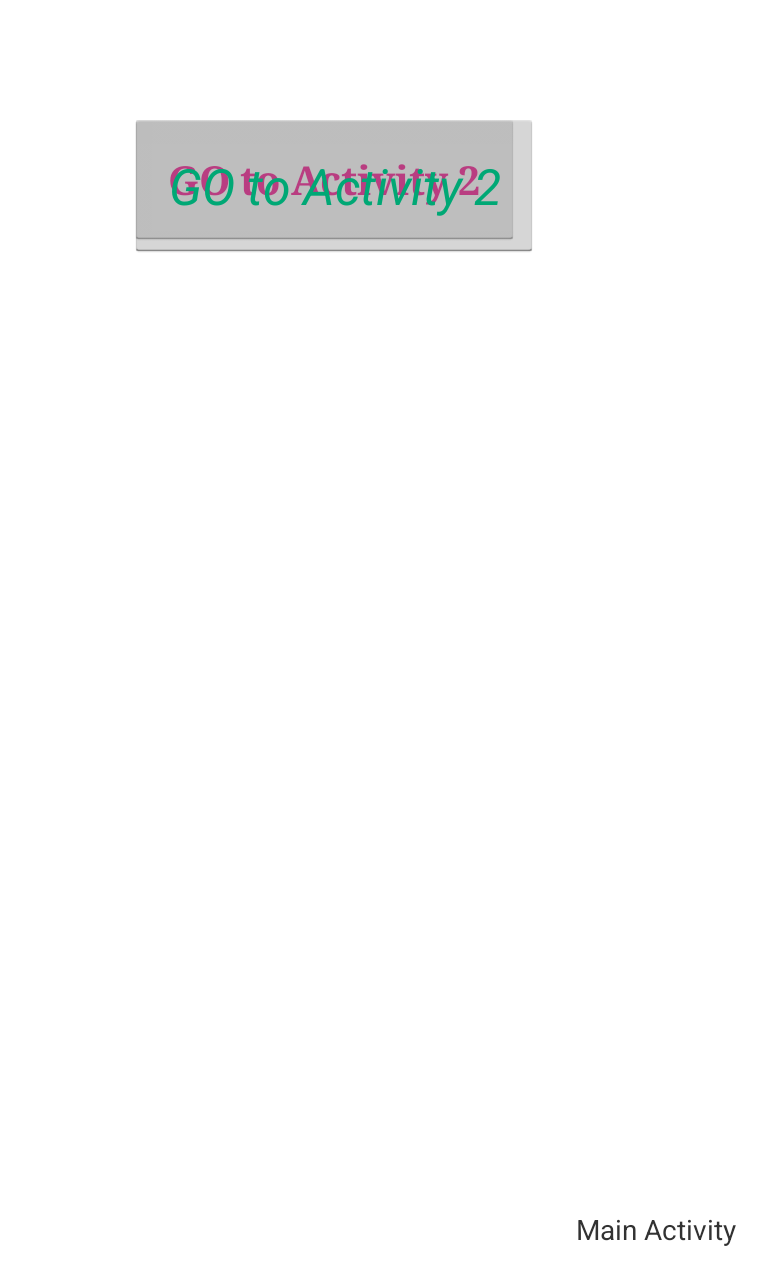
Repository: EnjoyWorkTrue/Spring2014
Layout: CMP464/Assignment3/res/layout/activity_main.xml
These files come from the project's save history. The layout is drawn as it stood at one moment and after the next save; the edit follows.
It is drawn on a 768 x 1280 px phone screen (xhdpi) without system bars, with theme AppTheme; the app's code is not run.

Above is the layout before, as saved 2014-02-25 21:23:46.

After the next save:
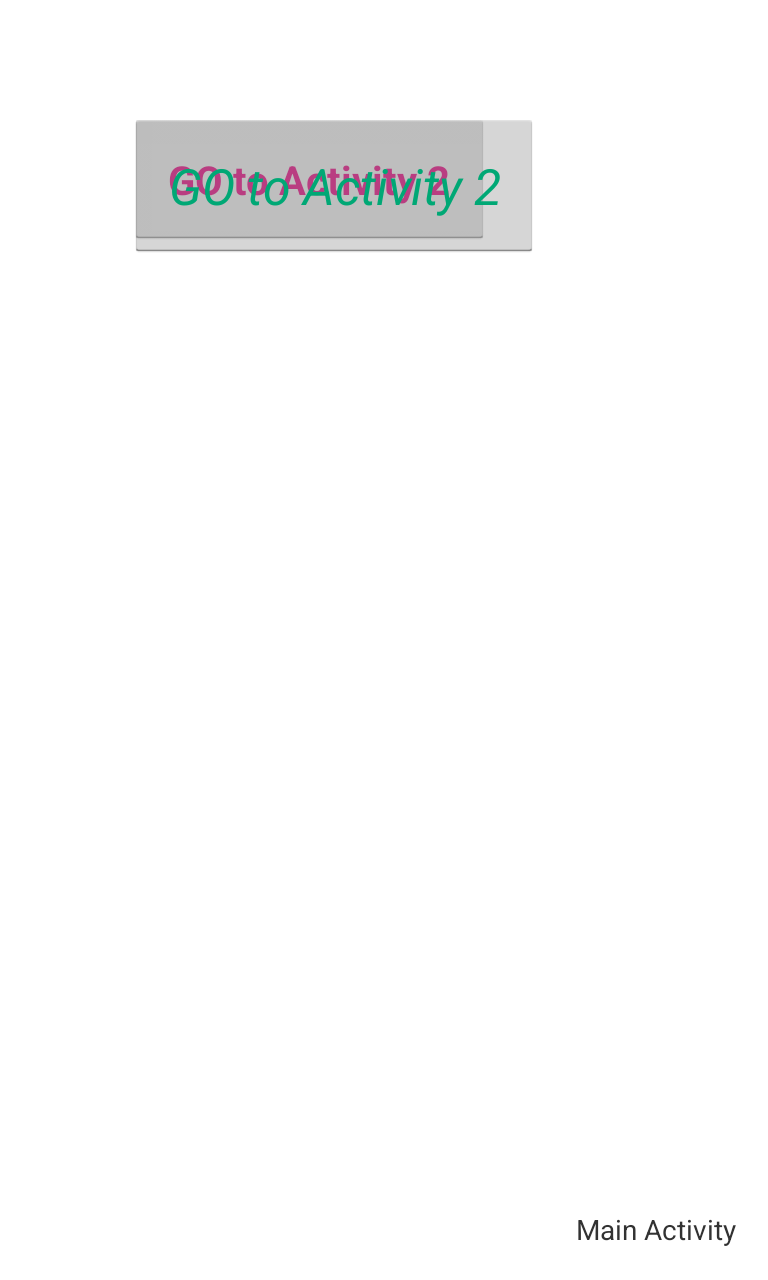
Saved 4 s later.
--- a/CMP464/Assignment3/res/layout/activity_main.xml
+++ b/CMP464/Assignment3/res/layout/activity_main.xml
@@ -21,7 +21,7 @@
         android:textColor="#CE0071"
         android:textStyle="bold"
         android:padding="20dp"
-        android:typeface="serif"/>
+        android:typeface="SANS_SERIF"/>
 
     <Button
         android:id="@+id/button1A"

After the save that followed:
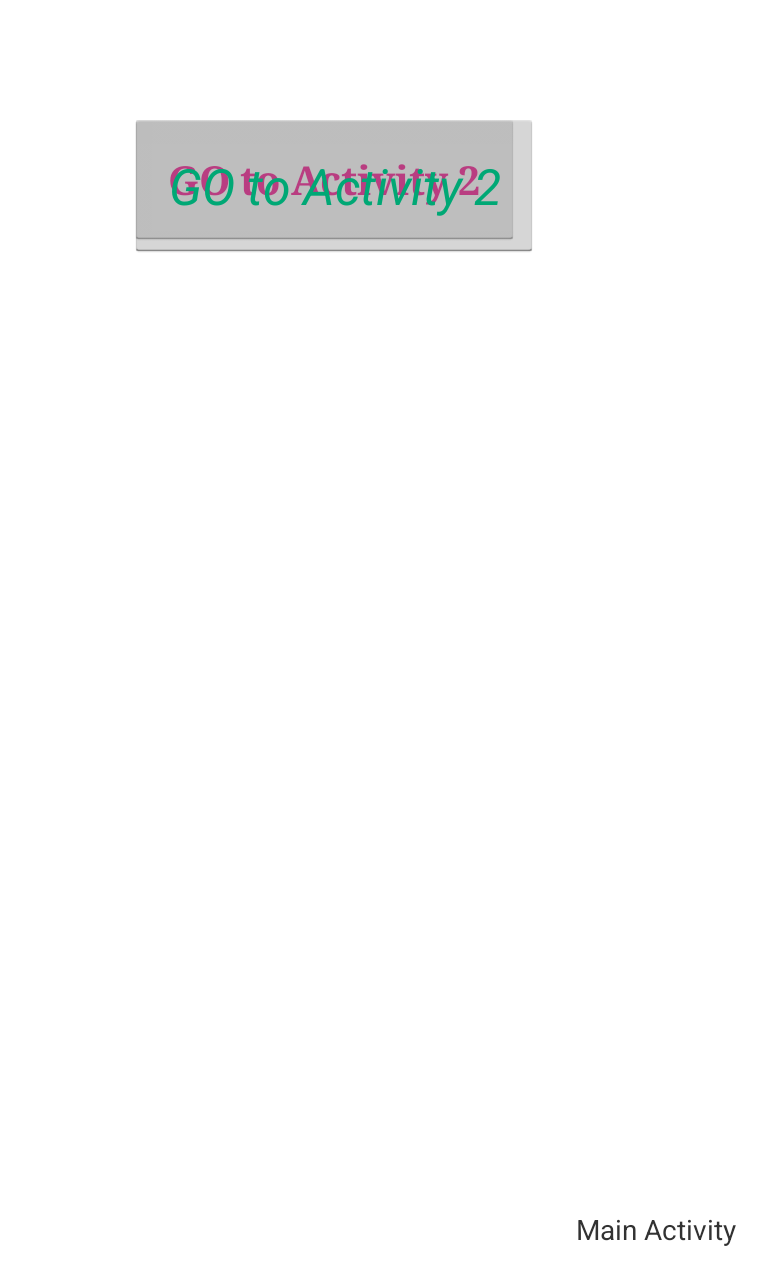
Saved 4 s later.
--- a/CMP464/Assignment3/res/layout/activity_main.xml
+++ b/CMP464/Assignment3/res/layout/activity_main.xml
@@ -21,7 +21,7 @@
         android:textColor="#CE0071"
         android:textStyle="bold"
         android:padding="20dp"
-        android:typeface="SANS_SERIF"/>
+        android:typeface="serif"/>
 
     <Button
         android:id="@+id/button1A"
